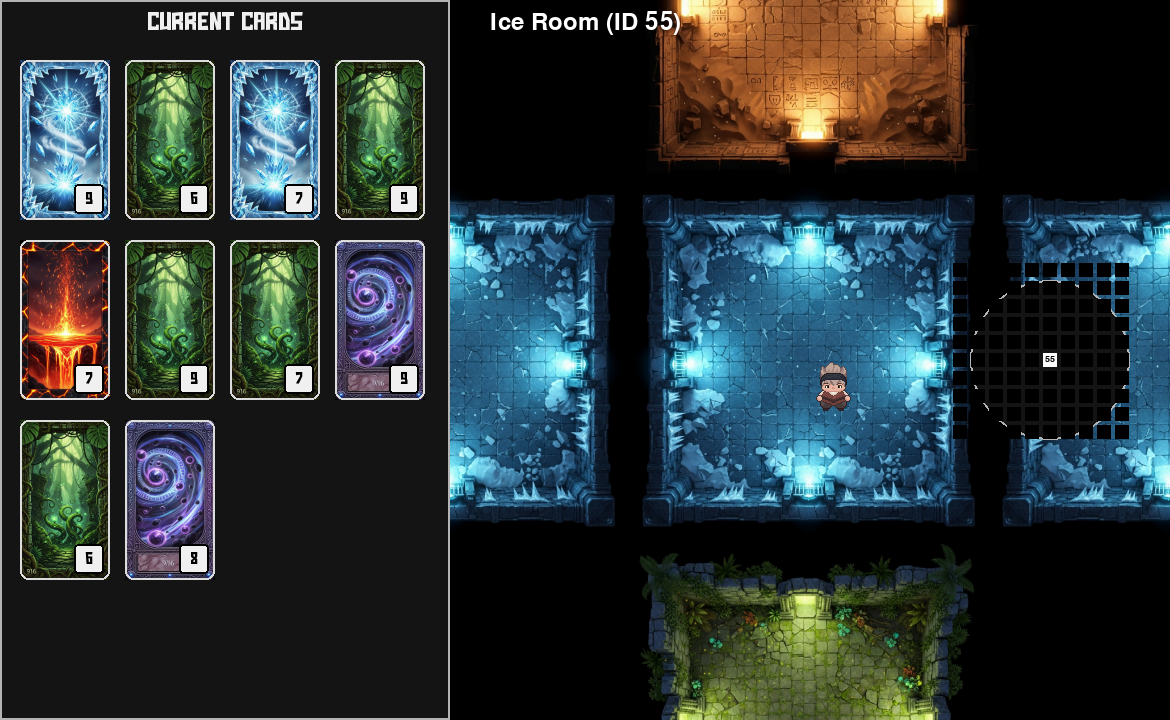
Repository: MehediMim/GateBound
Script's output: python main.py
The author's editor kept a copy of each file at every save. The script's output is drawn from the files as they stood at one save, then again after a run of saves.
The window is shown after at most 60 frames with no key pressed. Random numbers start from a fixed seed. It also reads assets/bg_arcane.png, assets/bg_desert.png, assets/bg_ice.png, assets/bg_jungle.png, assets/bg_volcanic.png, assets/card_arcane.jpeg, assets/card_desert.jpeg, assets/card_ice.jpeg, assets/card_jungle.jpeg, assets/card_volcanic.jpeg, assets/player_idle.png, assets/player_walk.png and 1 more files.

Above is the script's output before, as saved 2026-01-26 23:48:17.

After the next 2 saves:
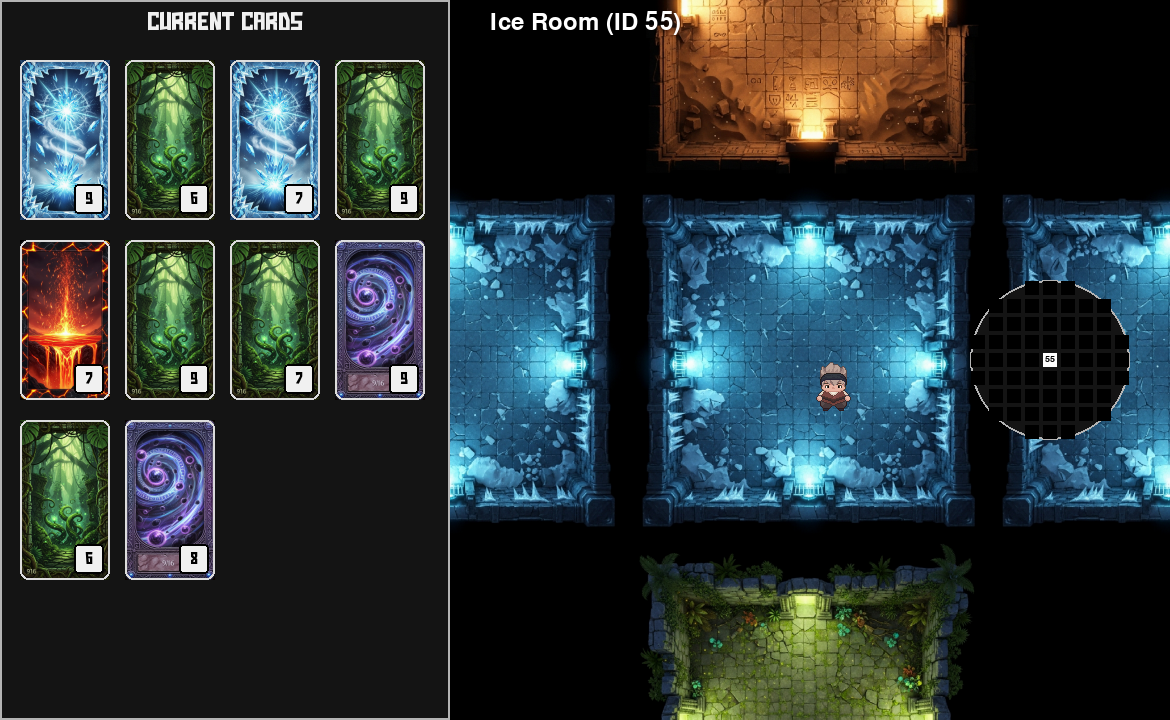
The 2 saves are shown as one change because they came seconds apart.
The last was saved 17 s later.
--- a/main.py
+++ b/main.py
@@ -705,7 +705,12 @@ def draw_minimap():
             else:
                 color = (0, 0, 0)  # UNKNOWN
 
-            pygame.draw.rect(screen, color, (x, y, node, node))
+            rx = x + node // 2
+            ry = y + node // 2
+
+            if (rx - center[0])**2 + (ry - center[1])**2 <= radius_px**2:
+                pygame.draw.rect(screen, color, (x, y, node, node))
+
 
             if rid in visited_rooms:
                 screen.blit(
